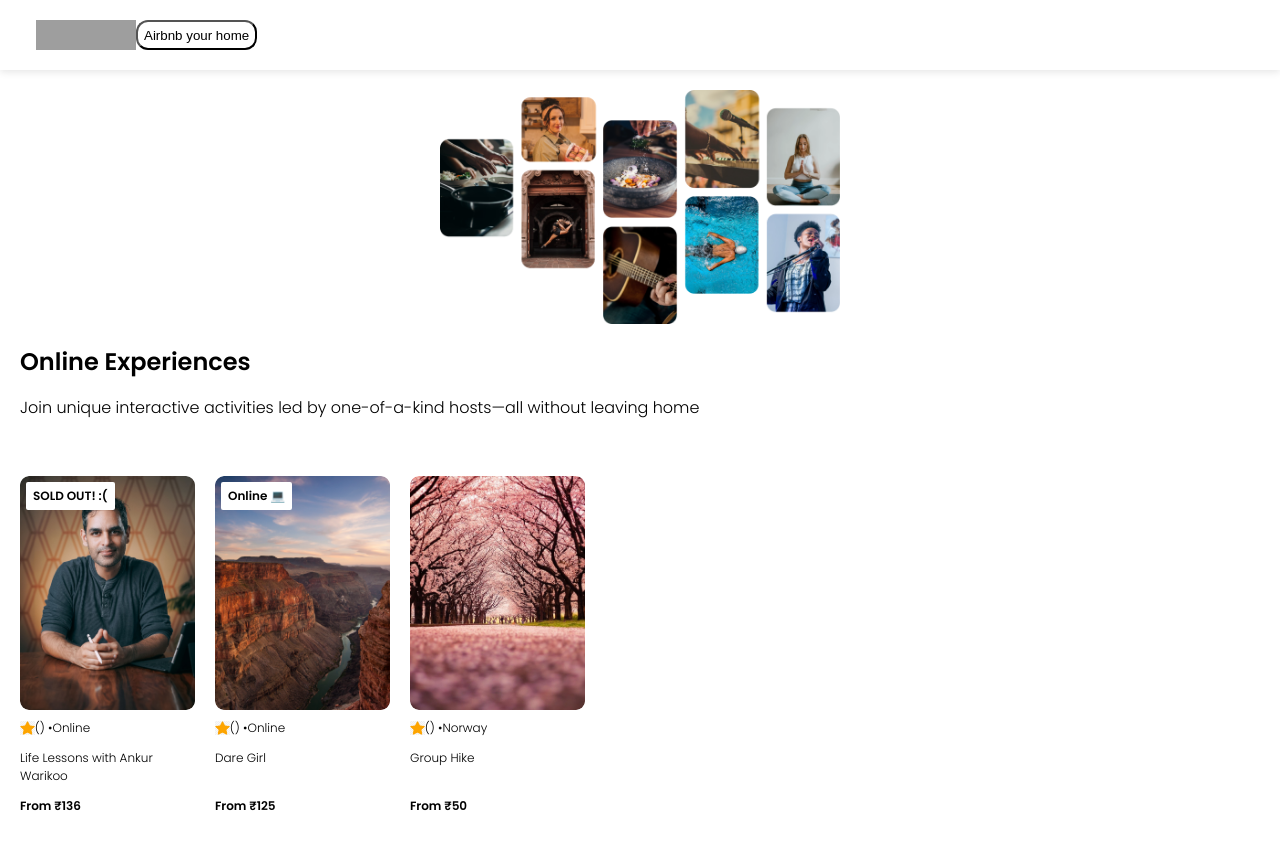
Repository: Sundaram-2001/Airbnb-experience
Page: /
An editor plug-in stored every save of this project. The page is shown before and after the next save, followed by the edit.
The browser window is 1280 px wide. The pictures show the whole page.
Pictures or frames that could not be fetched are drawn as grey boxes. The project was rebuilt for these pictures with package versions that can differ from the ones it lists, and the page was loaded fresh each time.

Above is the page before, as saved 2023-01-26 00:10:37.

After the next save:
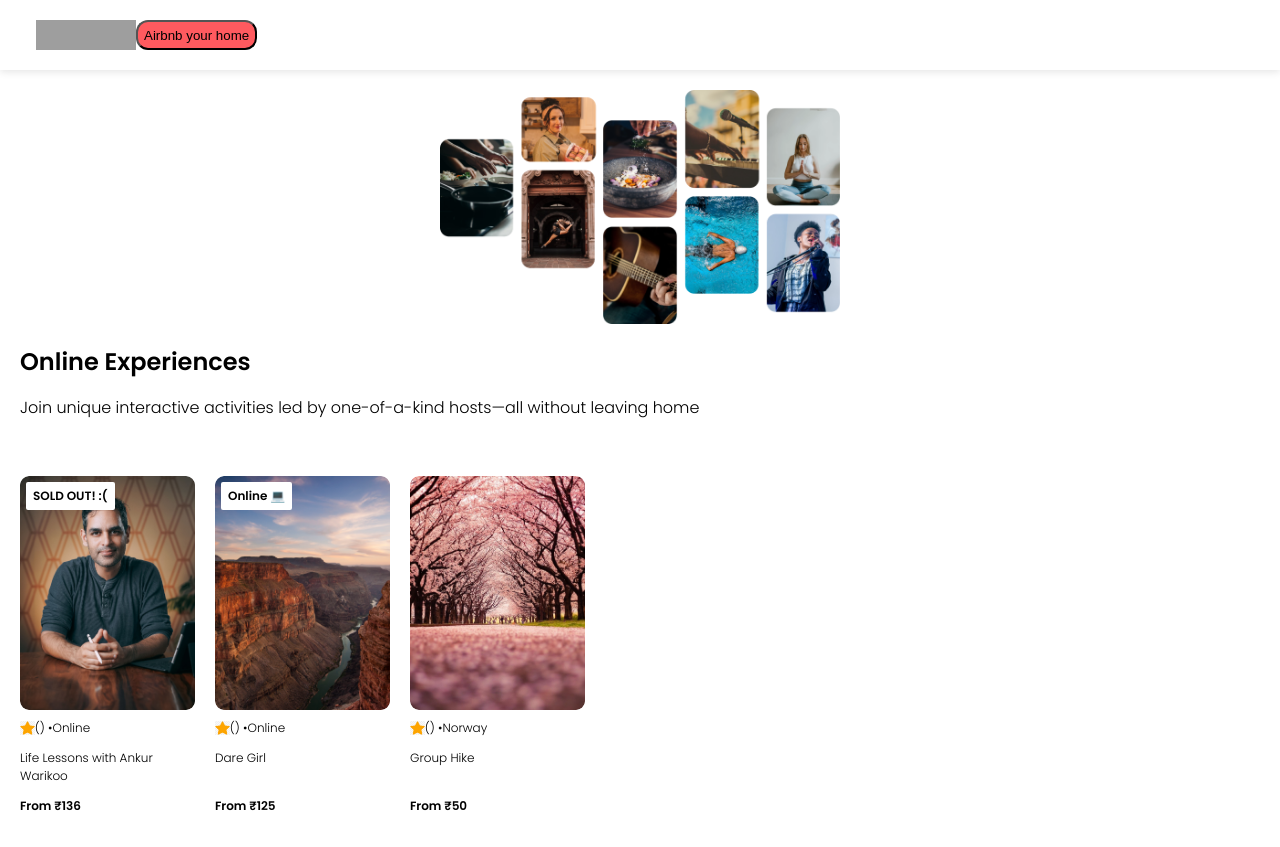
Saved 2 min 36 s later.
--- a/public/styles.css
+++ b/public/styles.css
@@ -8,7 +8,7 @@
 }
 button {
     border-radius: 12px;
-    background-color:inherit;
+    background-color:#FF5A5F;
   }
 
 nav {
